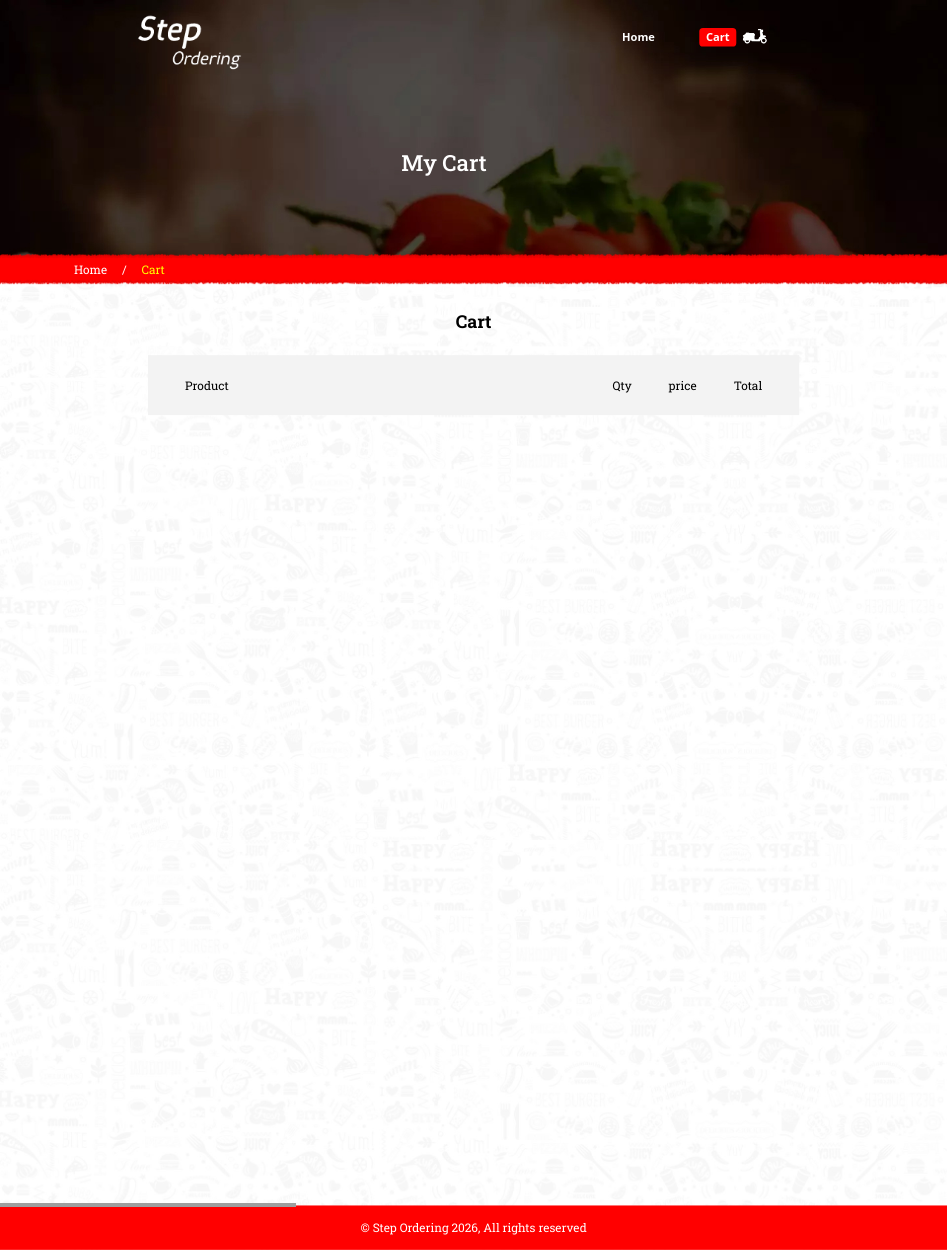
Repository: anastasia29-step/OnlineRestaurant
Page: cart/cart.html
The author's editor kept a copy of each file at every save. The page is drawn from the files as they stood at one save, then again after the next save.
The browser window is 1280 px wide. The pictures show the whole page, at 74% of full size.
Pictures or frames that could not be fetched are drawn as grey boxes. The page's requests for data from a server got no answer. Some web libraries are served in a nearby version.

Above is the page before, as saved 2026-03-12 18:22:46.

After the next save:
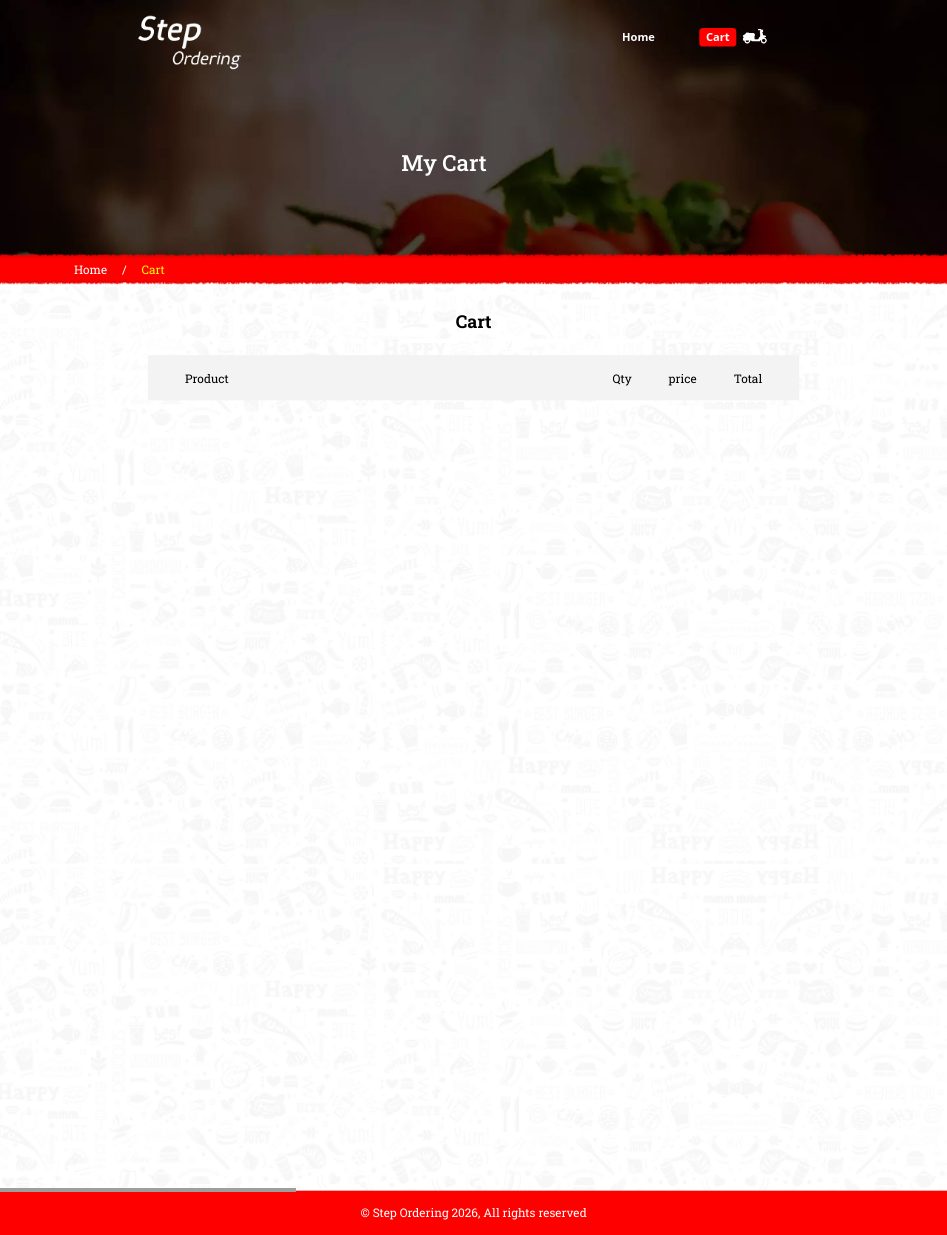
Saved 10 s later.
--- a/cart/cart.css
+++ b/cart/cart.css
@@ -66,8 +66,8 @@
     justify-content: space-between;
     padding-left: 50px;
     padding-right: 50px;
-    padding-bottom: 30px;
-    padding-top: 30px;
+    padding-bottom: 20px;
+    padding-top: 20px;
     align-items: center;
 }
 
